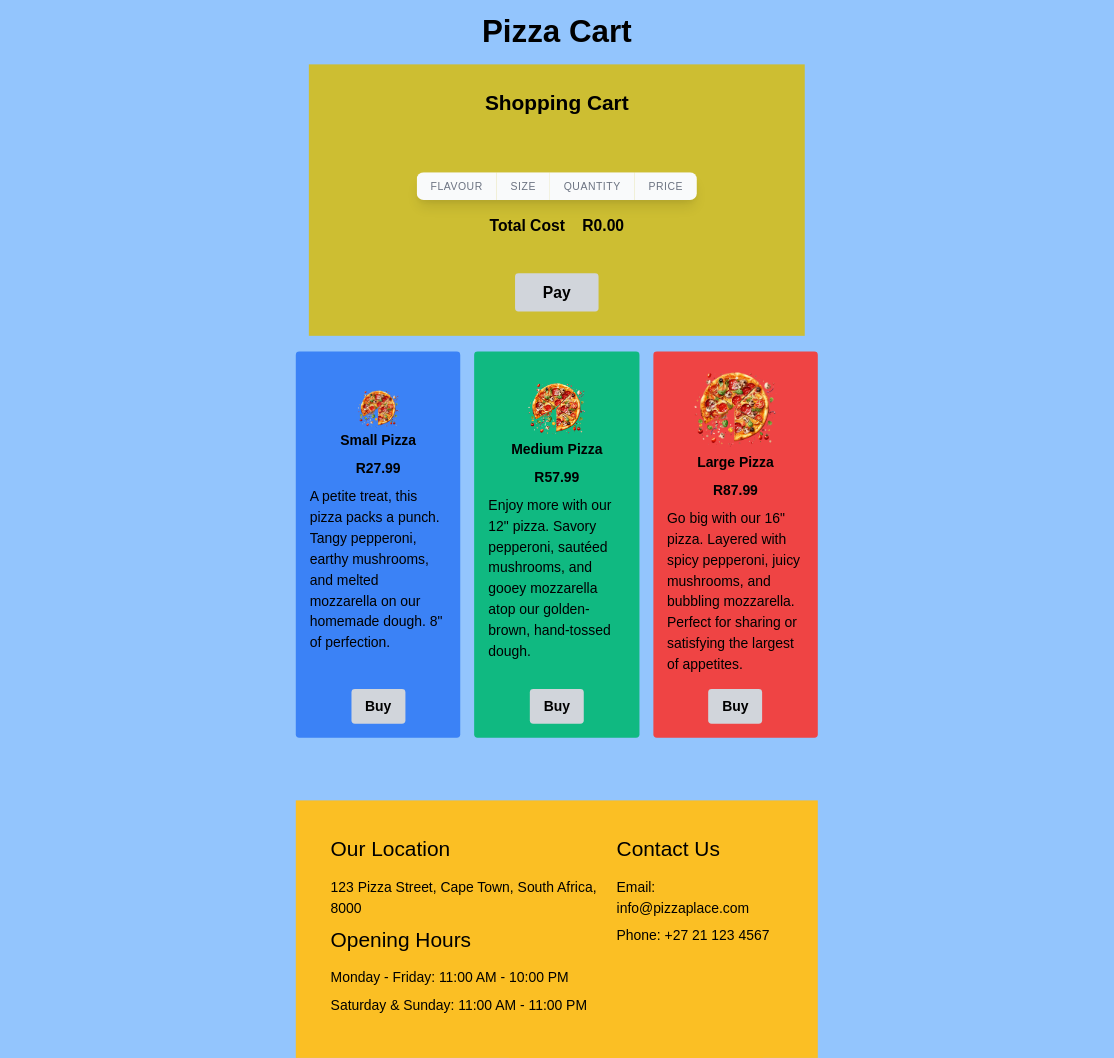
Repository: lasity34/pizza-cart-with-api
Page: index.html
These files come from the project's save history. The page is drawn as it stood at one moment and after the next save; the edit follows.
The browser window is 1280 px wide. The pictures show the whole page, at 87% of full size.
The page's requests for data from a server got no answer. Some web fonts or font styles are not loaded; a fallback is used. Some web libraries are served in a nearby version.

Above is the page before, as saved 2023-07-13 14:19:31.
Console error (its wording comes from the project's code and is left out).

### index.html
<!DOCTYPE html>
<html lang="en">
  <head>
    <meta charset="UTF-8" />
    <meta name="viewport" content="width=device-width, initial-scale=1.0" />
    <title>Pizza Cart</title>
    <script src="//unpkg.com/alpinejs" defer></script>
    <link
      href="https://cdn.jsdelivr.net/npm/tailwindcss@2.1.2/dist/tailwind.min.css"
      rel="stylesheet"
    />
    <script
      src="https://cdnjs.cloudflare.com/ajax/libs/axios/1.4.0/axios.min.js"
      integrity="sha512-uMtXmF28A2Ab/JJO2t/vYhlaa/3ahUOgj1Zf27M5rOo8/+fcTUVH0/E0ll68njmjrLqOBjXM3V9NiPFL5ywWPQ=="
      crossorigin="anonymous"
      referrerpolicy="no-referrer"
    ></script>
    <link href="./style.css" rel="stylesheet" />
    <link rel="preconnect" href="https://fonts.googleapis.com" />
    <link rel="preconnect" href="https://fonts.gstatic.com" crossorigin />
    <link
      href="https://fonts.googleapis.com/css2?family=Titillium+Web:ital@0;1&family=Tsukimi+Rounded:wght@300;400;500&display=swap"
      rel="stylesheet"
    />
  </head>
  <body x-data="pizzaCart" class="bg-blue-300" x-cloak>
    <section class="flex justify-center items-center">
      <h1 class="text-4xl pt-4 font-bold">Pizza Cart</h1>
    </section>

    <section
      class="shop-container my-5 p-7 flex flex-col text-xs sm:text-base md:text-lg lg:text-lg justify-center items-center"
    >
      <h2 class="text-2xl mb-2 font-bold">Shopping Cart</h2>
      <div class="mt-6 flex flex-col items-center">
        <div>
            <section class="mt-8">
                <table class="table-auto w-full rounded-lg overflow-hidden shadow-lg max-w-md mx-auto">
                    <thead class="bg-gray-50">
                        <tr>
                            <th class="px-4 py-2 text-left text-xs font-medium text-gray-500 uppercase tracking-wider">Flavour</th>
                            <th class="px-4 py-2 text-left text-xs font-medium text-gray-500 uppercase tracking-wider">Size</th>
                            <th class="px-4 py-2 text-left text-xs font-medium text-gray-500 uppercase tracking-wider">Quantity</th>
                            <th class="px-4 py-2 text-left text-xs font-medium text-gray-500 uppercase tracking-wider">Price</th>
                        </tr>
                    </thead>
                    <tbody class="bg-white divide-y divide-gray-200">
                        <template x-for="pizza in cartPizzas">
                            <tr>
                                <td class="px-4 py-2 whitespace-nowrap text-sm text-gray-500" x-text="pizza.flavour"></td>
                                <td class="px-4 py-2 whitespace-nowrap text-sm text-gray-500" x-text="pizza.size"></td>
                                <td class="px-4 py-2 whitespace-nowrap text-sm text-gray-500">
                                    <div class="flex items-center justify-center">
                                        <button
                                            @click="increment('large')"
                                            class="bg-gray-200 hover:bg-gray-300 text-gray-800 font-bold py-2 px-4 rounded-l"
                                        >
                                            +
                                        </button>
                                        <button
                                            @click="decrement('large')"
                                            class="bg-gray-200 hover:bg-gray-300 text-gray-800 font-bold py-2 px-4 rounded-r"
                                        >
                                            -
                                        </button>
                                    </div>
                                </td>
                                <td class="px-4 py-2 whitespace-nowrap text-sm text-gray-500">
                                    R<span x-text="pizza.price"></span>
                                </td>
                            </tr>
                        </template>
                    </tbody>
                </table>
            </section>


        </div>
        <div class="flex justify-center mt-4">
          <p class="font-bold">Total Cost</p>
          <p class="ml-5 font-bold">
            R<span x-text="total().toFixed(2)">0.00</span>
          </p>
        </div>
        <div class="mt-4">
          <span x-html="payMessage"></span>
        </div>

        <div class="mt-4" x-show="total() !== 0" x-cloak>
          <label class="font-bold">Payment Amount:</label>
          <input
            placeholder="Enter payment here"
            type="number"
            step="0.01"
            class="rounded ml-2 py-2"
            x-model="paymentAmount"
          />
        </div>
        <div class="mt-6">
          <button
            x-cloak
            @click="paymentTotal()"
            class="bg-gray-300 hover:bg-gray-400 py-2 px-8 rounded font-bold"
          >
            <span x-text="total() === 0 ? 'Pay' : 'Checkout'"></span>
          </button>
        </div>
      </div>
    </section>

    <section class="pizza_columns">
      <div
        class="flex flex-col gap-4 mx-auto items-center lg:items-stretch lg:flex-row justify-center"
      >
        <div
          class="flex bg-blue-500 rounded p-4 w-4/5 lg:w-4/5 flex-grow flex-shrink flex flex-col justify-between text-black items-center"
        >
          <div class="flex-grow flex flex-col items-center justify-center">
            <img src="./pizza.png" width="50" />
            <h3 class="mb-2 font-bold">Small Pizza</h3>
            <h3 class="mb-2 font-bold">R27.99</h3>
            <p class="mb-4">
              A petite treat, this pizza packs a punch. Tangy pepperoni, earthy
              mushrooms, and melted mozzarella on our homemade dough. 8" of
              perfection.
            </p>
          </div>
          <button
            @click="buy('small')"
            :disabled="smallAdded"
            class="bg-gray-300 hover:bg-gray-400 transition-colors duration-300 py-2 px-4 rounded font-bold"
          >
            Buy
          </button>
        </div>
        <div
          class="pizza_md bg-green-500 rounded p-4 w-4/5 lg:w-4/5 flex-grow flex-shrink flex flex-col justify-between text-black items-center"
        >
          <div class="flex-grow flex flex-col items-center justify-center">
            <img src="./pizza.png" width="70" />
            <h3 class="mb-2 font-bold">Medium Pizza</h3>
            <h3 class="mb-2 font-bold">R57.99</h3>
            <p class="mb-4">
              Enjoy more with our 12" pizza. Savory pepperoni, sautéed
              mushrooms, and gooey mozzarella atop our golden-brown, hand-tossed
              dough.
            </p>
          </div>
          <button
            @click="buy('medium')"
            :disabled="mediumAdded"
            class="bg-gray-300 hover:bg-gray-400 transition-colors duration-300 py-2 px-4 rounded font-bold"
          >
            Buy
          </button>
        </div>
        <div
          class="pizza_lg bg-red-500 rounded p-4 w-4/5 lg:w-4/5 flex-grow flex-shrink flex flex-col justify-between text-black items-center"
        >
          <div class="flex-grow flex flex-col items-center justify-center">
            <img src="./pizza.png" width="100" />
            <h3 class="mb-2 font-bold">Large Pizza</h3>
            <h3 class="mb-2 font-bold">R87.99</h3>
            <p class="mb-4">
              Go big with our 16" pizza. Layered with spicy pepperoni, juicy
              mushrooms, and bubbling mozzarella. Perfect for sharing or
              satisfying the largest of appetites.
            </p>
          </div>
          <button
            @click="buy('large')"
            :disabled="largeAdded"
            class="bg-gray-300 hover:bg-gray-400 transition-colors duration-300 py-2 px-4 rounded font-bold"
          >
            Buy
          </button>
        </div>
      </div>
    </section>
    <!-- all pizzas display -->
    <section class="mt-8">
        <div class="flex flex-col items-center">
            <template x-for="pizza in pizzas">
                <div class="flex items-center border-b border-gray-200 bg-yellow-500 shadow-lg rounded-lg px-4 py-4 my-4 w-full max-w-xl">
                    <div class="w-24 h-24 flex-shrink-0">
                        <img src="./pizza.png" class="w-full h-full object-cover rounded-lg" />
                    </div>
                    <div class="ml-4 flex-grow flex justify-around">
                        <h5 class="text-lg font-bold text-black" x-text="pizza.flavour"></h5>
                        <p class="text-lg text-black mb-4 mr-2">R<span x-text="pizza.price"></span></p>
                    </div>
                    <div>
                        <button class="bg-gray-600 hover:bg-gray-700 text-white font-bold py-2 px-4 rounded">Buy</button>
                    </div>
                </div>
            </template>
        </div>
    </section>



    <footer class="bg-yellow-400 text-black mt-10 p-10">
      <div class="container mx-auto flex justify-between">
        <div>
          <h2 class="text-2xl mb-4">Our Location</h2>
          <p class="mb-2">123 Pizza Street, Cape Town, South Africa, 8000</p>

          <h2 class="text-2xl mb-4">Opening Hours</h2>
          <p class="mb-2">Monday - Friday: 11:00 AM - 10:00 PM</p>
          <p class="mb-2">Saturday & Sunday: 11:00 AM - 11:00 PM</p>
        </div>
        <div>
          <h2 class="text-2xl mb-4">Contact Us</h2>
          <p class="mb-2">Email: info@pizzaplace.com</p>
          <p class="mb-2">Phone: +27 21 123 4567</p>
        </div>
      </div>
    </footer>

    <div
      x-show="show"
      x-transition:enter="transition ease-out duration-300"
      x-transition:enter-start="opacity-0 transform scale-90"
      x-transition:enter-end="opacity-100 transform scale-100"
      x-transition:leave="transition ease-in duration-300"
      x-transition:leave-start="opacity-100 transform scale-100"
      x-transition:leave-end="opacity-0 transform scale-90"
      class="fixed inset-0 flex items-center justify-center z-50"
    >
      <div class="bg-green-800 text-white rounded p-5 shadow-lg">
        <p x-text="message"></p>
      </div>
    </div>

    <script src="./pizza.js"></script>
  </body>
</html>

### style.css

body {
    max-width: 600px;
    margin: 0 auto;

font-family: 'Tsukimi Rounded', sans-serif;
}

.shop-container {
    background-color: rgb(205, 190, 50);
    max-width: 95%;
    margin: 1em auto;
}

input::-webkit-outer-spin-button,
input::-webkit-inner-spin-button {
  -webkit-appearance: none;
  margin: 0;
}

input[type="number"] {
  -moz-appearance: textfield;
 text-indent: 10px;
}

[x-cloak] { display: none; }

Loaded but not shown: pizza.js (142 lines, source omitted)

After the next save:
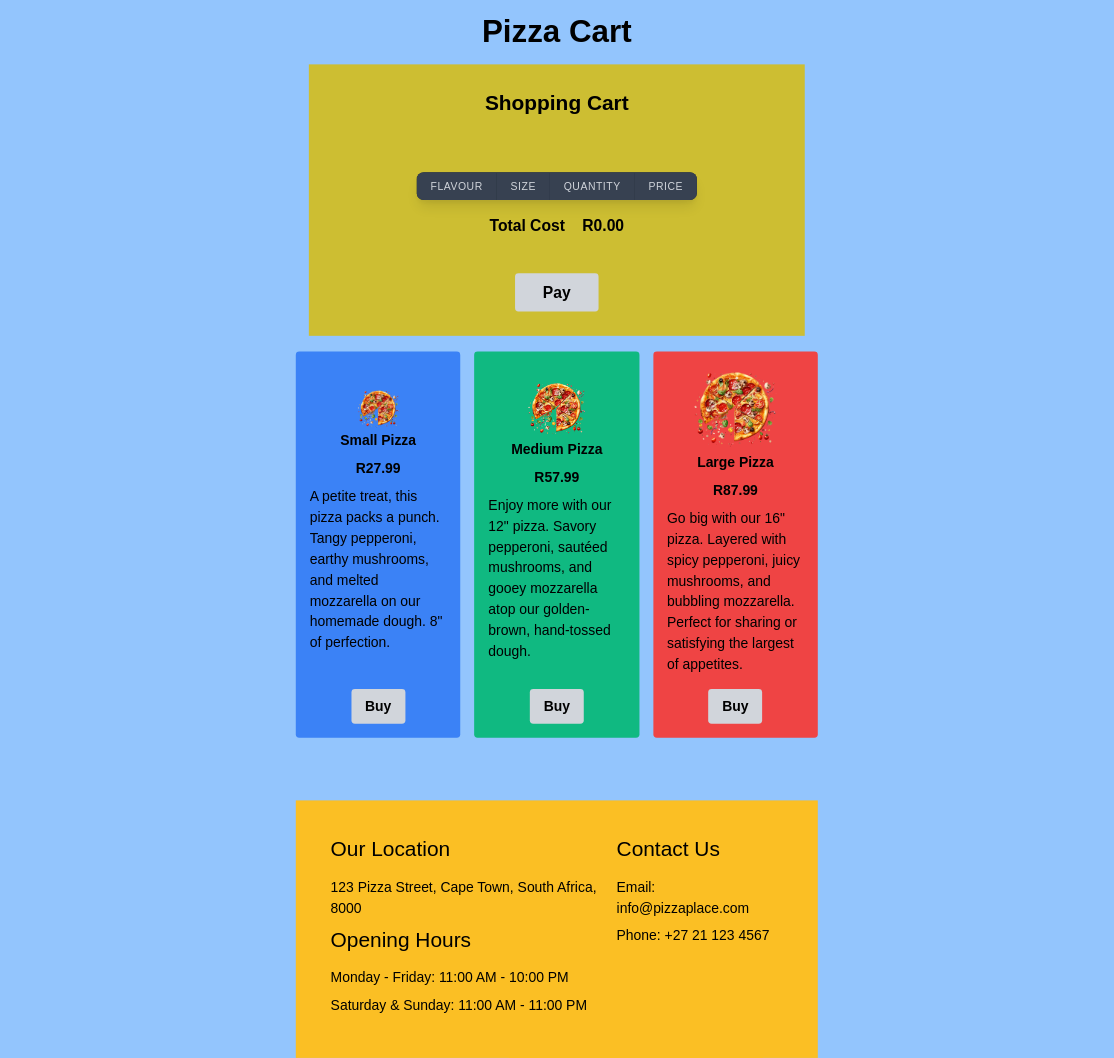
Saved 101 s later.
--- a/index.html
+++ b/index.html
@@ -35,37 +35,37 @@
       <div class="mt-6 flex flex-col items-center">
         <div>
             <section class="mt-8">
-                <table class="table-auto w-full rounded-lg overflow-hidden shadow-lg max-w-md mx-auto">
-                    <thead class="bg-gray-50">
+                <table class="table-auto w-full rounded-lg overflow-hidden shadow-lg max-w-md mx-auto bg-gray-800 text-white">
+                    <thead class="bg-gray-700">
                         <tr>
-                            <th class="px-4 py-2 text-left text-xs font-medium text-gray-500 uppercase tracking-wider">Flavour</th>
-                            <th class="px-4 py-2 text-left text-xs font-medium text-gray-500 uppercase tracking-wider">Size</th>
-                            <th class="px-4 py-2 text-left text-xs font-medium text-gray-500 uppercase tracking-wider">Quantity</th>
-                            <th class="px-4 py-2 text-left text-xs font-medium text-gray-500 uppercase tracking-wider">Price</th>
+                            <th class="px-4 py-2 text-left text-xs font-medium text-gray-300 uppercase tracking-wider">Flavour</th>
+                            <th class="px-4 py-2 text-left text-xs font-medium text-gray-300 uppercase tracking-wider">Size</th>
+                            <th class="px-4 py-2 text-left text-xs font-medium text-gray-300 uppercase tracking-wider">Quantity</th>
+                            <th class="px-4 py-2 text-left text-xs font-medium text-gray-300 uppercase tracking-wider">Price</th>
                         </tr>
                     </thead>
-                    <tbody class="bg-white divide-y divide-gray-200">
+                    <tbody class="divide-y divide-gray-700">
                         <template x-for="pizza in cartPizzas">
                             <tr>
-                                <td class="px-4 py-2 whitespace-nowrap text-sm text-gray-500" x-text="pizza.flavour"></td>
-                                <td class="px-4 py-2 whitespace-nowrap text-sm text-gray-500" x-text="pizza.size"></td>
-                                <td class="px-4 py-2 whitespace-nowrap text-sm text-gray-500">
+                                <td class="px-4 py-2 whitespace-nowrap text-sm text-gray-400" x-text="pizza.flavour"></td>
+                                <td class="px-4 py-2 whitespace-nowrap text-sm text-gray-400" x-text="pizza.size"></td>
+                                <td class="px-4 py-2 whitespace-nowrap text-sm text-gray-400">
                                     <div class="flex items-center justify-center">
                                         <button
                                             @click="increment('large')"
-                                            class="bg-gray-200 hover:bg-gray-300 text-gray-800 font-bold py-2 px-4 rounded-l"
+                                            class="bg-gray-700 hover:bg-gray-600 text-white font-bold py-2 px-4 rounded-l"
                                         >
                                             +
                                         </button>
                                         <button
                                             @click="decrement('large')"
-                                            class="bg-gray-200 hover:bg-gray-300 text-gray-800 font-bold py-2 px-4 rounded-r"
+                                            class="bg-gray-700 hover:bg-gray-600 text-white font-bold py-2 px-4 rounded-r"
                                         >
                                             -
                                         </button>
                                     </div>
                                 </td>
-                                <td class="px-4 py-2 whitespace-nowrap text-sm text-gray-500">
+                                <td class="px-4 py-2 whitespace-nowrap text-sm text-gray-400">
                                     R<span x-text="pizza.price"></span>
                                 </td>
                             </tr>
@@ -73,6 +73,7 @@
                     </tbody>
                 </table>
             </section>
+
 
 
         </div>

After the 2 saves that followed:
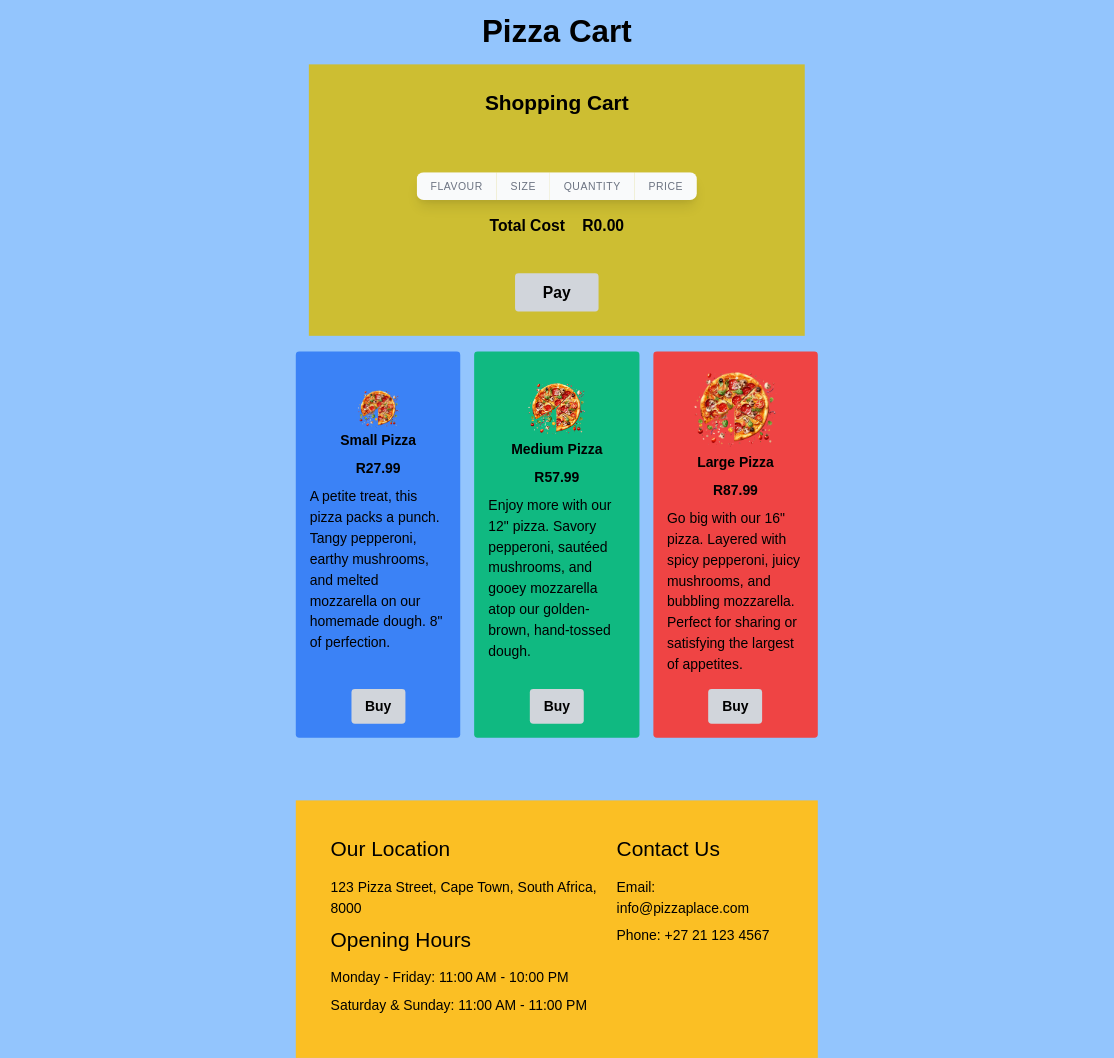
The 2 saves are shown as one change because 1 left the picture as it was.
The last was saved 45 s later.
--- a/index.html
+++ b/index.html
@@ -35,37 +35,37 @@
       <div class="mt-6 flex flex-col items-center">
         <div>
             <section class="mt-8">
-                <table class="table-auto w-full rounded-lg overflow-hidden shadow-lg max-w-md mx-auto bg-gray-800 text-white">
-                    <thead class="bg-gray-700">
+                <table class="table-auto w-full rounded-lg overflow-hidden shadow-lg max-w-md mx-auto">
+                    <thead class="bg-gray-50">
                         <tr>
-                            <th class="px-4 py-2 text-left text-xs font-medium text-gray-300 uppercase tracking-wider">Flavour</th>
-                            <th class="px-4 py-2 text-left text-xs font-medium text-gray-300 uppercase tracking-wider">Size</th>
-                            <th class="px-4 py-2 text-left text-xs font-medium text-gray-300 uppercase tracking-wider">Quantity</th>
-                            <th class="px-4 py-2 text-left text-xs font-medium text-gray-300 uppercase tracking-wider">Price</th>
+                            <th class="px-4 py-2 text-left text-xs font-medium text-gray-500 uppercase tracking-wider">Flavour</th>
+                            <th class="px-4 py-2 text-left text-xs font-medium text-gray-500 uppercase tracking-wider">Size</th>
+                            <th class="px-4 py-2 text-left text-xs font-medium text-gray-500 uppercase tracking-wider">Quantity</th>
+                            <th class="px-4 py-2 text-left text-xs font-medium text-gray-500 uppercase tracking-wider">Price</th>
                         </tr>
                     </thead>
-                    <tbody class="divide-y divide-gray-700">
+                    <tbody class="bg-white divide-y divide-gray-200">
                         <template x-for="pizza in cartPizzas">
                             <tr>
-                                <td class="px-4 py-2 whitespace-nowrap text-sm text-gray-400" x-text="pizza.flavour"></td>
-                                <td class="px-4 py-2 whitespace-nowrap text-sm text-gray-400" x-text="pizza.size"></td>
-                                <td class="px-4 py-2 whitespace-nowrap text-sm text-gray-400">
+                                <td class="px-4 py-2 whitespace-nowrap text-sm text-gray-500" x-text="pizza.flavour"></td>
+                                <td class="px-4 py-2 whitespace-nowrap text-sm text-gray-500" x-text="pizza.size"></td>
+                                <td class="px-4 py-2 whitespace-nowrap text-sm text-gray-500">
                                     <div class="flex items-center justify-center">
                                         <button
                                             @click="increment('large')"
-                                            class="bg-gray-700 hover:bg-gray-600 text-white font-bold py-2 px-4 rounded-l"
+                                            class="bg-gray-200 hover:bg-gray-300 text-gray-800 font-bold py-2 px-4 rounded-l"
                                         >
                                             +
                                         </button>
                                         <button
                                             @click="decrement('large')"
-                                            class="bg-gray-700 hover:bg-gray-600 text-white font-bold py-2 px-4 rounded-r"
+                                            class="bg-gray-200 hover:bg-gray-300 text-gray-800 font-bold py-2 px-4 rounded-r"
                                         >
                                             -
                                         </button>
                                     </div>
                                 </td>
-                                <td class="px-4 py-2 whitespace-nowrap text-sm text-gray-400">
+                                <td class="px-4 py-2 whitespace-nowrap text-sm text-gray-500">
                                     R<span x-text="pizza.price"></span>
                                 </td>
                             </tr>
@@ -73,7 +73,6 @@
                     </tbody>
                 </table>
             </section>
-
 
 
         </div>
